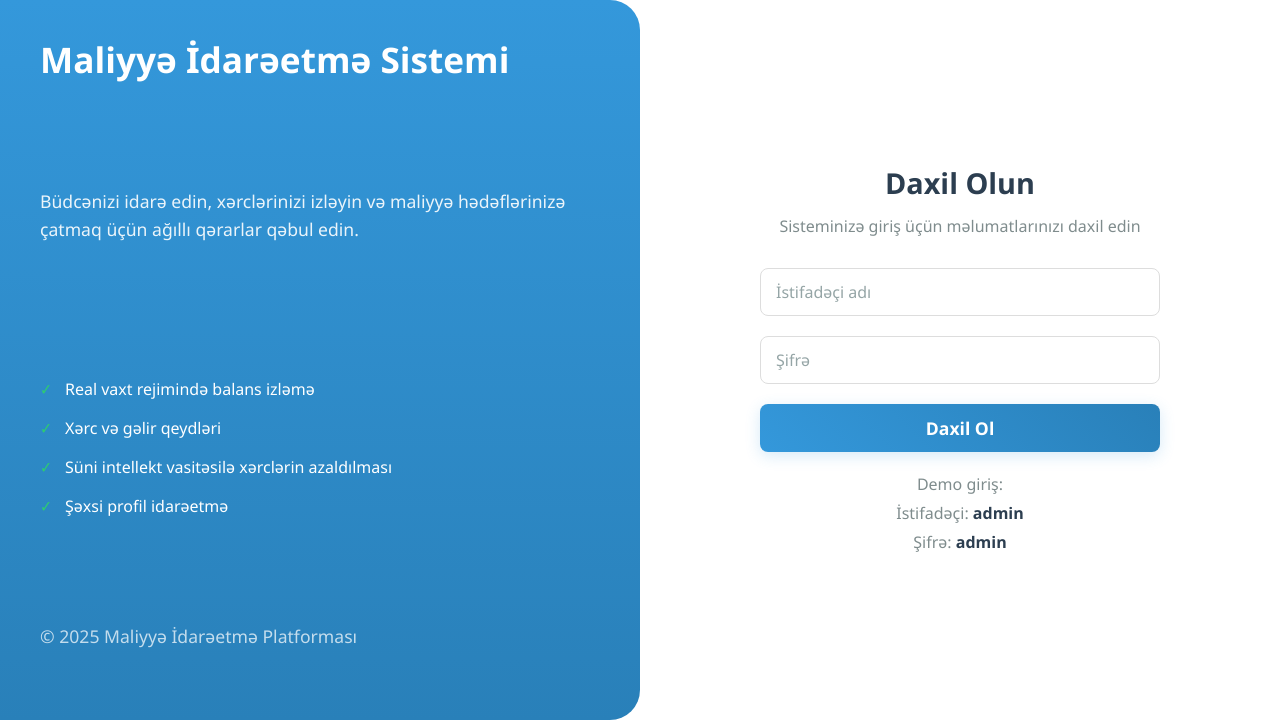
Repository: ferhadsultan98/financialmanagement
Page: /login
The author's editor kept a copy of each file at every save. The page is drawn from the files as they stood at one save, then again after the next save.
The browser window is 1280 px wide. The pictures show the whole page.
The project was rebuilt for these pictures with package versions that can differ from the ones it lists, and the page was loaded fresh each time. Also part of the build but not shown: vite.config.js, src/Styles/Sidebar.scss, src/Components/Sidebar/Navbar.jsx, src/Components/Sidebar/ProfileModal.jsx, src/Components/Sidebar/Sidebar.jsx, src/Components/Layout/MainLayout.jsx, src/Pages/Home/Home.jsx, src/Pages/AddExpense/AddExpense.jsx and 2 more.

Above is the page before, as saved 2025-03-24 00:08:57.

After the next save:
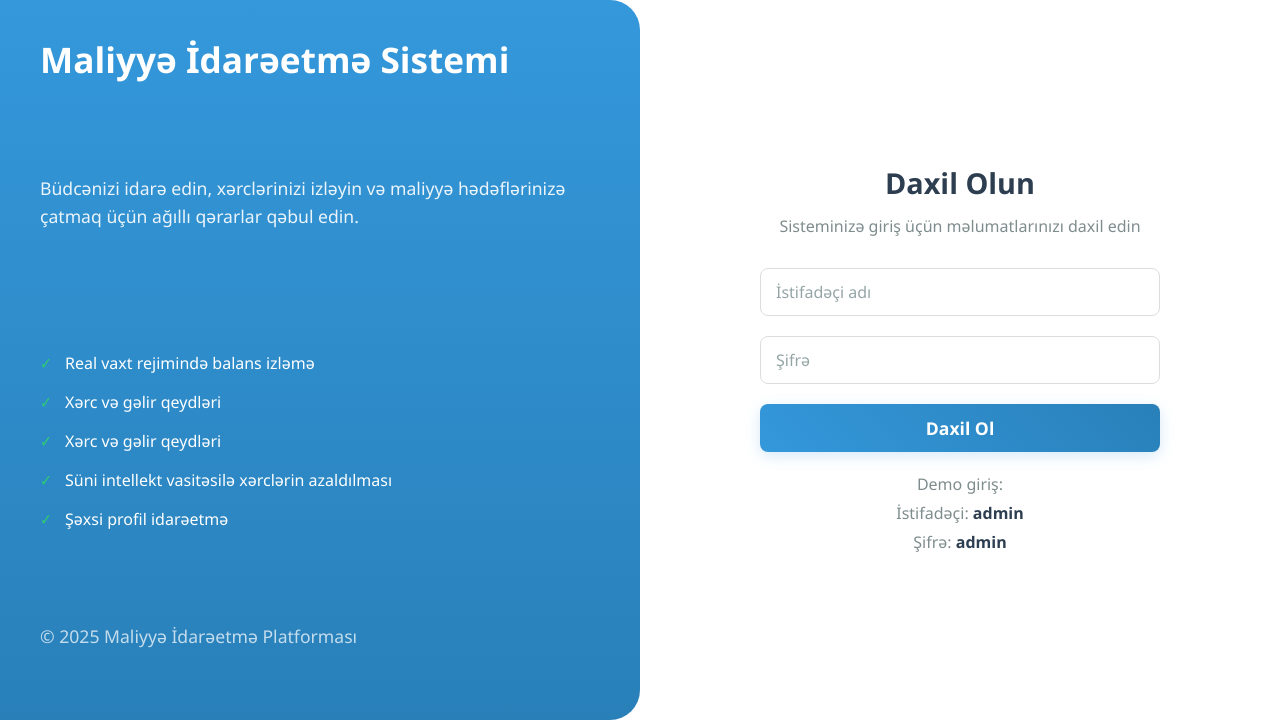
Saved 6 s later.
--- a/src/Components/Login/Login.jsx
+++ b/src/Components/Login/Login.jsx
@@ -35,7 +35,7 @@ const Login = () => {
           <ul>
             <li>Real vaxt rejimində balans izləmə</li>
             <li>Xərc və gəlir qeydləri</li>
-
+            <li>Xərc və gəlir qeydləri</li>
             <li>Süni intellekt vasitəsilə xərclərin azaldılması</li>
             <li>Şəxsi profil idarəetmə</li>
           </ul>
